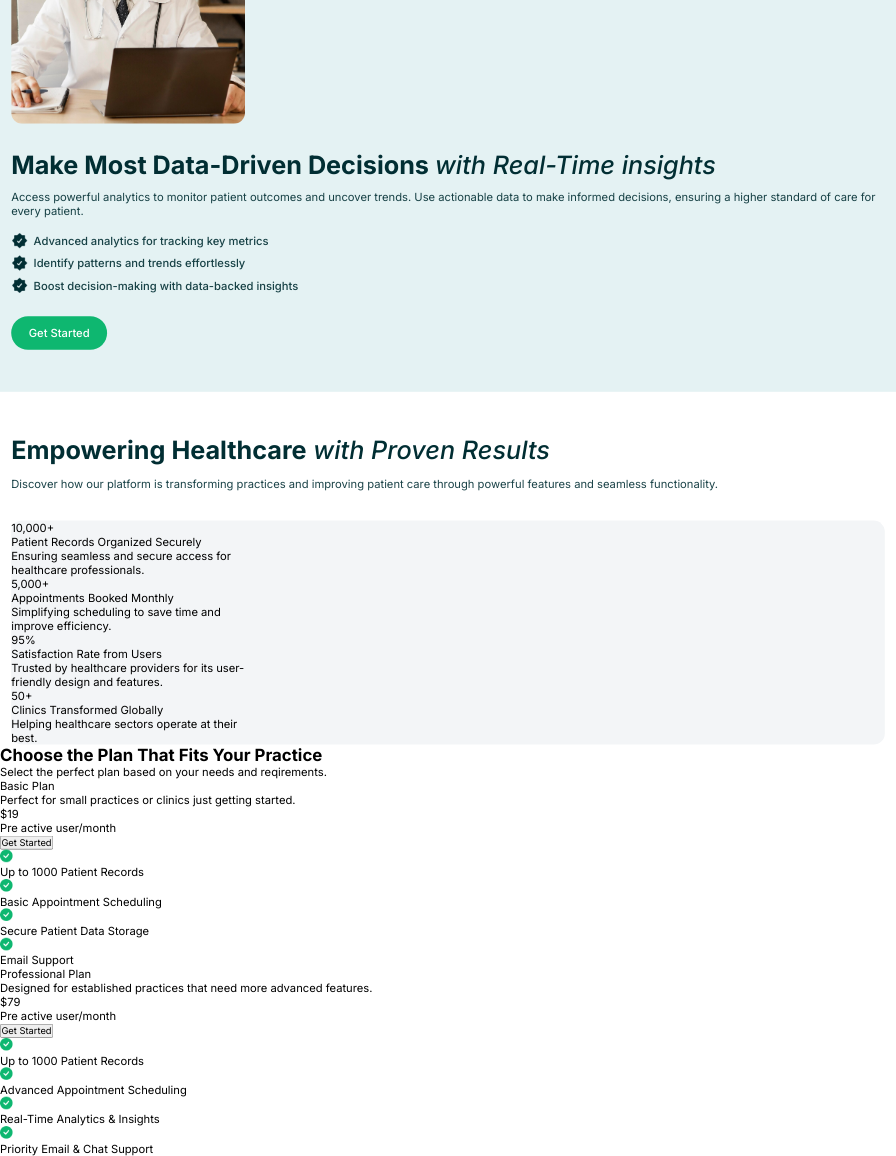
Repository: DiegoWWeege/recuperacao-prova-front-end
Page: index.html
An editor plug-in stored every save of this project. The page is shown before and after the next save, followed by the edit.
The browser window is 1280 px wide. The pictures show the part of the page from y = 2444 to 4364 px (the page is 4095 px tall before and 4364 px after), at 70% of full size.

Above is the page before, as saved 2026-06-22 19:09:33.

After the next save:
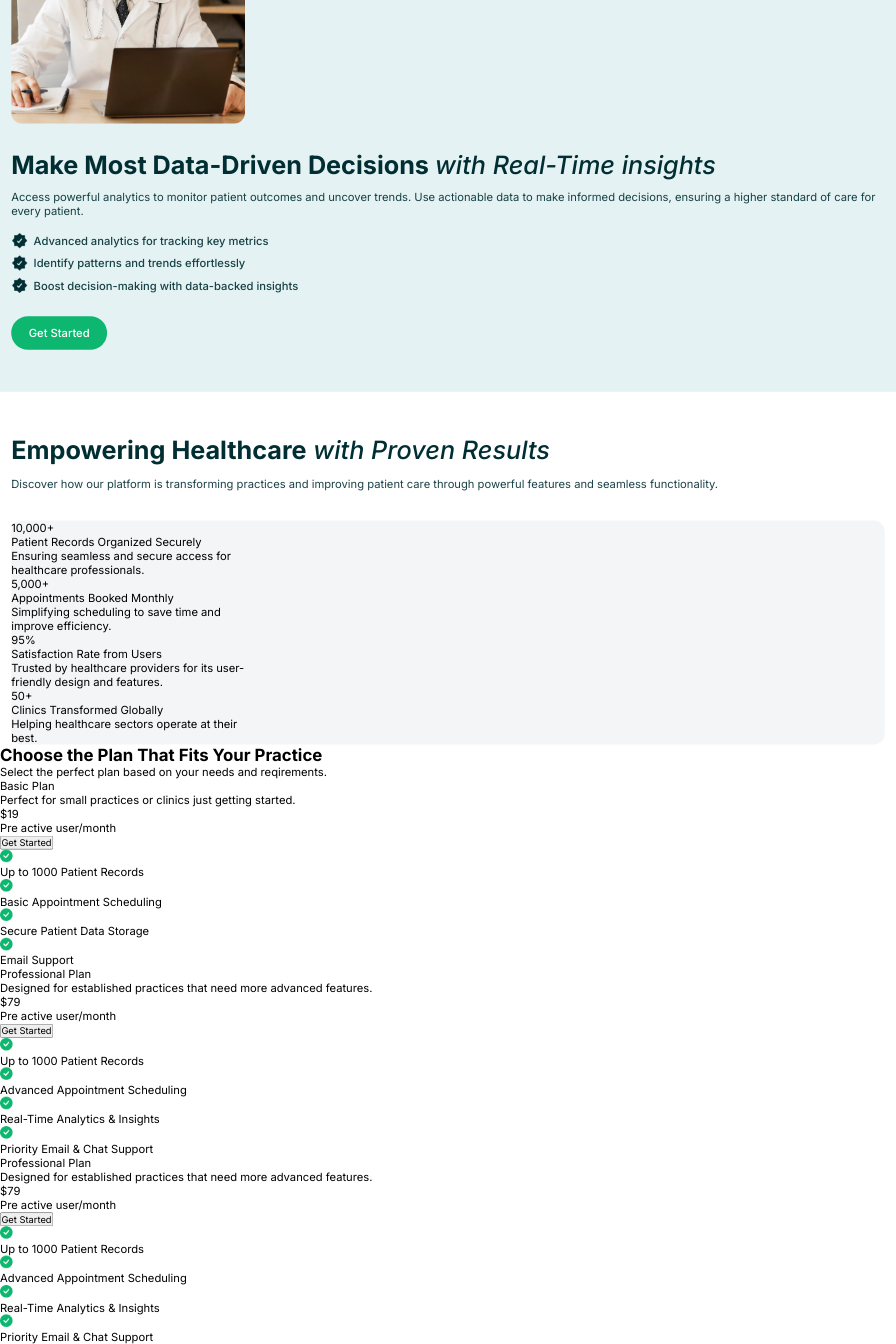
Saved 5 s later.
--- a/index.html
+++ b/index.html
@@ -209,6 +209,35 @@
 
             </section>
         </section>
+
+        <section class = "green-plan">
+            <p>Professional Plan</p>
+
+            <p>Designed for established practices that need more advanced features.</p>
+
+            <p>$79</p>
+
+            <p>Pre active user/month</p>
+
+
+            <button class = "blank-get-started-button">Get Started</button>
+
+            <section class = "qualities-grid">
+
+                <img src="icons/green-ok.png" alt="green-check-mark">
+                <p class = "benefit">Up to 1000 Patient Records</p>
+
+                <img src="icons/green-ok.png" alt="green-check-mark">
+                <p class = "benefit">Advanced Appointment Scheduling</p>
+
+                <img src="icons/green-ok.png" alt="green-check-mark">
+                <p class = "benefit">Real-Time Analytics & Insights</p>
+
+                <img src="icons/green-ok.png" alt="green-check-mark">
+                <p class = "benefit">Priority Email & Chat Support</p>
+
+            </section>
+        </section>
     </section>
 </body>
 </html>
